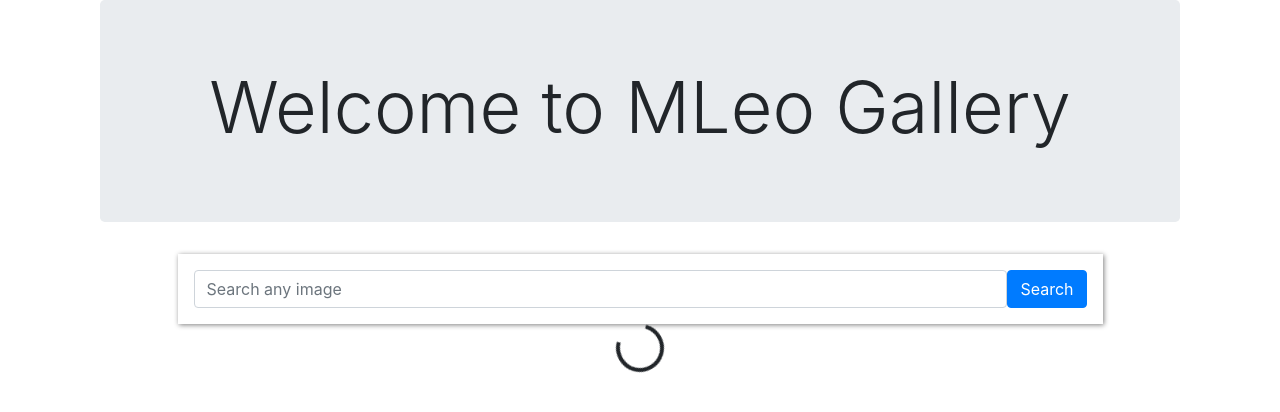
Repository: the-manohar/gallery
Page: /
These files come from the project's save history. The page is drawn as it stood at one moment and after the next save; the edit follows.
The browser window is 1280 px wide. The pictures show the whole page.
The project was rebuilt for these pictures with package versions that can differ from the ones it lists, and the page was loaded fresh each time.

Above is the page before, as saved 2020-06-19 00:06:25.

### public/index.html
<!DOCTYPE html>
<html lang="en">
  <head>
    <meta charset="utf-8" />
    <link rel="icon" href="%PUBLIC_URL%/favicon.ico" />
    <meta name="viewport" content="width=device-width, initial-scale=1" />
    <meta name="theme-color" content="#000000" />
    <meta
      name="description"
      content="Web site created using create-react-app"
    />
    <link rel="apple-touch-icon" href="%PUBLIC_URL%/logo192.png" />
    <!--
      manifest.json provides metadata used when your web app is installed on a
      user's mobile device or desktop. See https://developers.google.com/web/fundamentals/web-app-manifest/
    -->
    <link rel="manifest" href="%PUBLIC_URL%/manifest.json" />
    <!--
      Notice the use of %PUBLIC_URL% in the tags above.
      It will be replaced with the URL of the `public` folder during the build.
      Only files inside the `public` folder can be referenced from the HTML.

      Unlike "/favicon.ico" or "favicon.ico", "%PUBLIC_URL%/favicon.ico" will
      work correctly both with client-side routing and a non-root public URL.
      Learn how to configure a non-root public URL by running `npm run build`.
    -->
    <title>MLeo App</title>
  </head>
  <body>
    <noscript>You need to enable JavaScript to run this app.</noscript>
    <div id="root"></div>
    <!--
      This HTML file is a template.
      If you open it directly in the browser, you will see an empty page.

      You can add webfonts, meta tags, or analytics to this file.
      The build step will place the bundled scripts into the <body> tag.

      To begin the development, run `npm start` or `yarn start`.
      To create a production bundle, use `npm run build` or `yarn build`.
    -->
  </body>
</html>

### src/index.js
import React from "react";
import ReactDOM from "react-dom";
import "./index.css";
import "bootstrap/dist/css/bootstrap.css";
import App from "./App";
import * as serviceWorker from "./serviceWorker";

ReactDOM.render(
  <React.StrictMode>
    <App />
  </React.StrictMode>,
  document.getElementById("root")
);

// If you want your app to work offline and load faster, you can change
// unregister() to register() below. Note this comes with some pitfalls.
// Learn more about service workers: https://bit.ly/CRA-PWA
serviceWorker.unregister();

### src/App.js
import React, { useState } from "react";
import { Button, InputGroup, Input, Jumbotron, Spinner } from "reactstrap";

import "./App.css";

function App() {
  const [value, setValue] = useState("");
  const [result, setResult] = useState([]);
  const fetchImages = () => {
    fetch(
      `https://api.unsplash.com/search/photos/?client_id=V38aA4zOjg1Xb1lBpNRUAK8duXvqwhDHHJbssXB_Pps&query=${value}&orientation=squarish&per_page=18`
    )
      .then((res) => res.json())
      .then((data) => {
        setResult(data.results);
      });
  };
  return (
    <div className="container App">
      <div className="col-md-12 col-sm-10 col-xs-12">
        <Jumbotron>
          <h1 className="display-3">Welcome to MLeo Gallery</h1>
        </Jumbotron>
      </div>
      <div className="d-flex p-3 mx-auto mydiv col-sm-12 col-md-10 col-xs-3 ">
        <InputGroup>
          <Input
            placeholder="Search any image"
            value={value}
            onChange={(event) => setValue(event.target.value)}
          />
        </InputGroup>
        <Button color="primary" onClick={() => fetchImages()}>
          Search
        </Button>
      </div>
      {result.length > 0 ? (
        <div className="col-sm-12">
          {result.map((item) => {
            return (
              <img
                className=" img-thumbnail"
                key={item.id}
                src={item.urls.small}
                alt={item.urls.small}
              />
            );
          })}
        </div>
      ) : (
        <Spinner style={{ width: "3rem", height: "3rem" }} />
      )}
    </div>
  );
}

export default App;

//

### src/App.css
.App {
  text-align: center;
}
.mydiv {
  /* display: flex; */
  /* justify-content: space-around; */
  /* margin: 10px 7%; */
  box-shadow: 1px 1px 5px grey;
  /* padding: 10px; */
}
.gallery {
  display: flex;
  flex-wrap: wrap;
  justify-content: space-around;
}
.item {
  width: 30%;
  margin: 5px;
}

Loaded but not shown: src/index.css (common file); src/serviceWorker.js (common file)

After the next save:
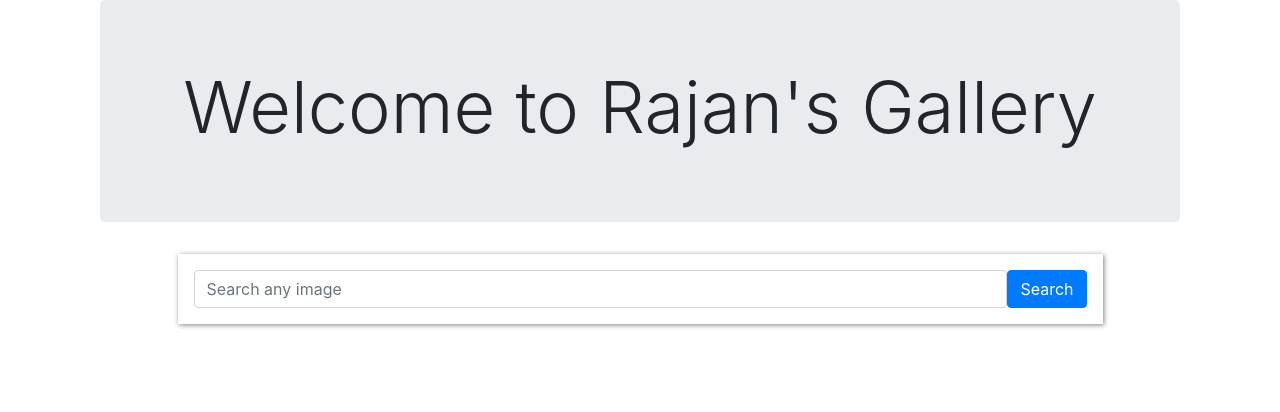
Saved 14 min 16 s later.
--- a/src/App.js
+++ b/src/App.js
@@ -19,7 +19,7 @@ function App() {
     <div className="container App">
       <div className="col-md-12 col-sm-10 col-xs-12">
         <Jumbotron>
-          <h1 className="display-3">Welcome to MLeo Gallery</h1>
+          <h1 className="display-3">Welcome to Rajan's Gallery</h1>
         </Jumbotron>
       </div>
       <div className="d-flex p-3 mx-auto mydiv col-sm-12 col-md-10 col-xs-3 ">
@@ -47,9 +47,9 @@ function App() {
             );
           })}
         </div>
-      ) : (
-        <Spinner style={{ width: "3rem", height: "3rem" }} />
-      )}
+      ) : null
+      // <Spinner style={{ width: "3rem", height: "3rem" }} />
+      }
     </div>
   );
 }
